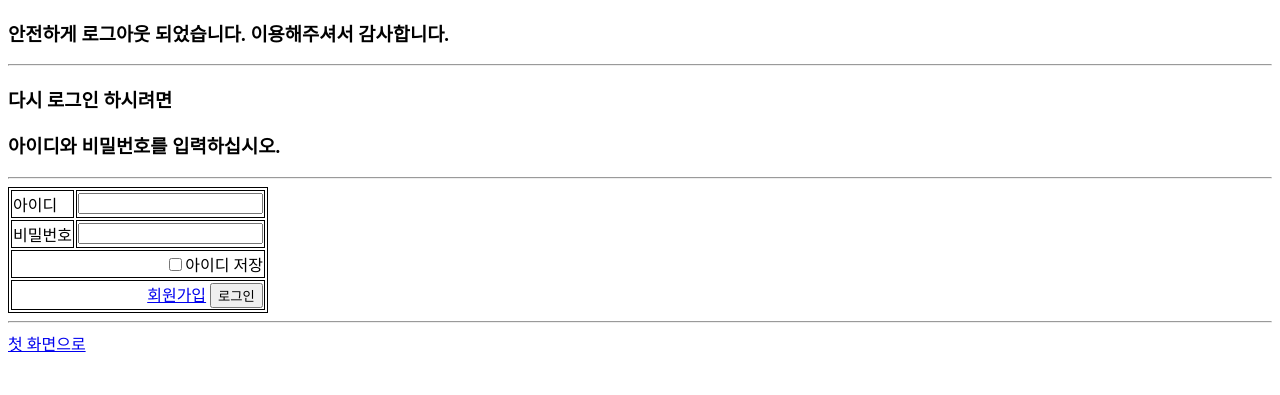
Repository: Gabintree/JDBC2019
Page: http://localhost/Oracle_20190522/chap10_logout.jsp
These files come from the project's save history. The page is drawn as it stood at one moment and after a run of saves; the edit follows.
The browser window is 1280 px wide. The pictures show the whole page.
The page is served by Tomcat 9.

Above is the page before, as saved 2019-05-23 05:49:48.

### Oracle_20190522/WebContent/chap10_logout.jsp
<%@ page language="java" contentType="text/html; charset=UTF-8"
    pageEncoding="UTF-8"%>
<!DOCTYPE html>
<html>
<head>
<meta charset="UTF-8">
<title>로그아웃</title>
</head>
<body>
<h3>안전하게 로그아웃 되었습니다. 이용해주셔서 감사합니다.</h3>
<hr>
<h3>다시 로그인 하시려면</h3>

<%
	pageContext.include("chap10_login.jsp");
%>

<hr>
<a href = "chap10_login.jsp">첫 화면으로</a>
</body>
</html>

### Oracle_20190522/WebContent/chap10_login.jsp
<%@ page language="java" contentType="text/html; charset=UTF-8"
    pageEncoding="UTF-8"%>
<!DOCTYPE html>
<html>
<head>
<meta charset="UTF-8">
<title>로그인</title>
</head>
<style>
table, tr, td {
border : 1px solid black;
}
</style>
<body>

<h3>아이디와 비밀번호를 입력하십시오.</h3>
<hr>

<form action ="chap10_logined.jsp" method ="post">
	<table>
		<tr>
		<td>아이디</td><td><input type ="text" name="id"></td>
		</tr>
		<tr>
		<td>비밀번호</td><td><input type ="password" name="pw"></td>
		</tr>
		<tr>
		<td colspan = "2" style = 'text-align : right'><input type="checkbox" value ="아이디 저장">아이디 저장</td>
		</tr>
		<tr>
		<td colspan = "2" style = 'text-align : right'><a href = "chap10_joined.jsp">회원가입</a> <input type="submit" value="로그인"></td>
		</tr>


	</table>
</form>

</body>
</html>

After the next 2 saves:
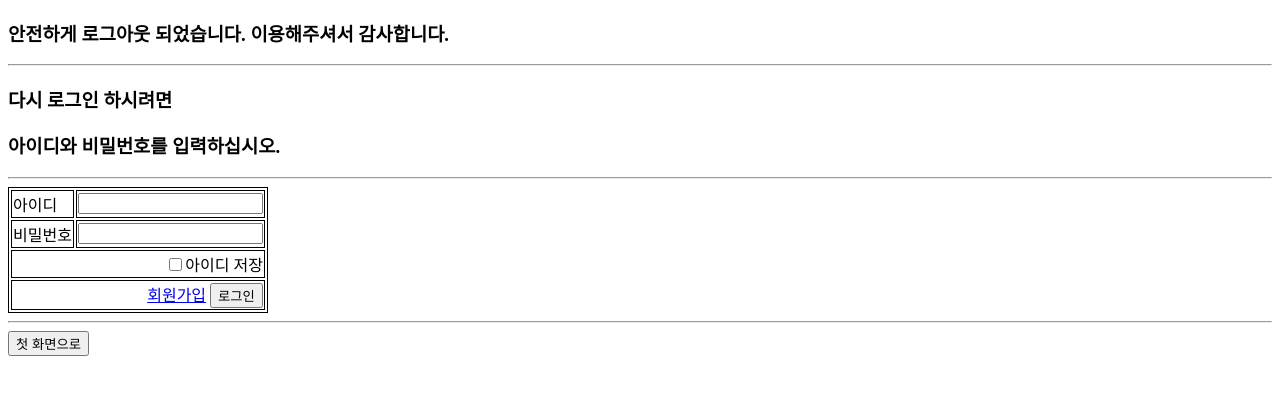
The 2 saves are shown as one change because they came seconds apart.
The last was saved 50 s later.
--- a/Oracle_20190522/WebContent/chap10_logout.jsp
+++ b/Oracle_20190522/WebContent/chap10_logout.jsp
@@ -16,6 +16,6 @@
 %>
 
 <hr>
-<a href = "chap10_login.jsp">첫 화면으로</a>
+<a href = "chap10_login.jsp"><input type ="button" value ="첫 화면으로"></a>
 </body>
 </html>
